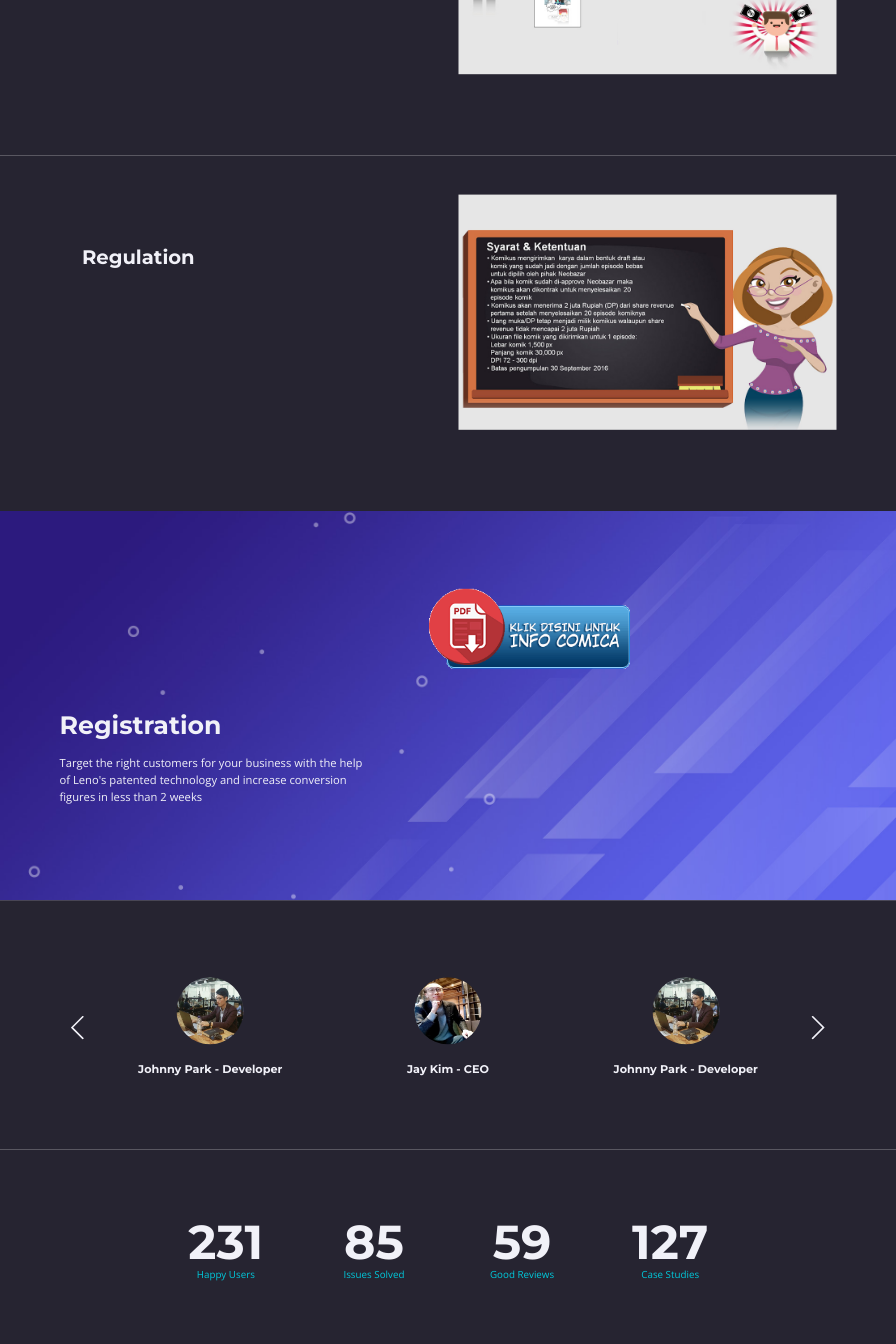
Repository: blackhat97/Homepage
Page: index.html
The author's editor kept a copy of each file at every save. The page is drawn from the files as they stood at one save, then again after the next save.
The browser window is 1280 px wide. The pictures show the part of the page from y = 2030 to 3950 px (the page is 4522 px tall), at 70% of full size.

Above is the page before, as saved 2020-04-03 12:33:23.

After the next save:
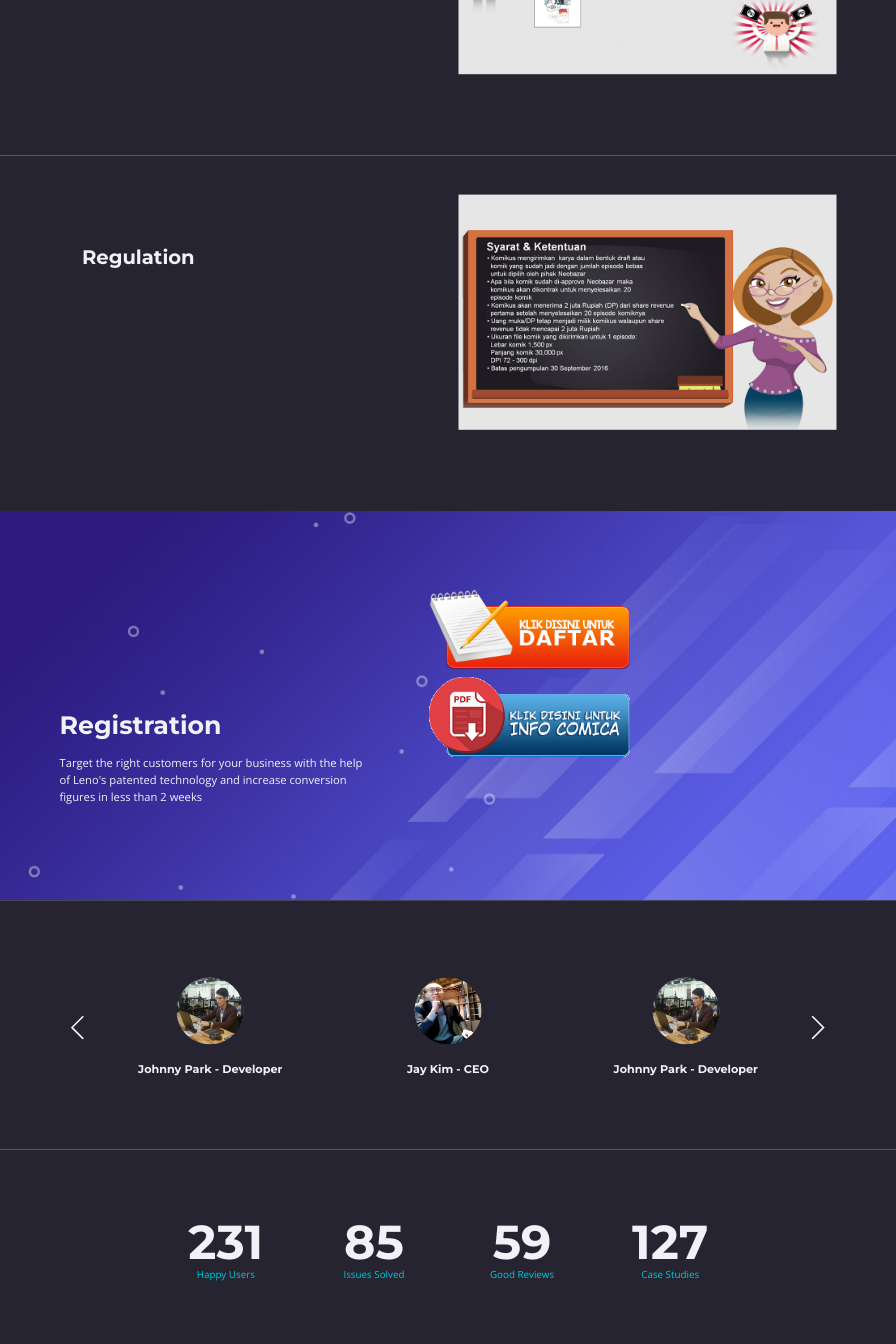
Saved 4 min 58 s later.
--- a/index.html
+++ b/index.html
@@ -266,7 +266,12 @@
                 </div> <!-- end of col -->
                 <div class="col-lg-6 col-xl-7">
                     <div class="image-container">
-                        <img class="img-fluid" src="images/Tombol_download-pdf.png" alt="alternative">
+                        <a href="https://goo.gl/Tu6C6y" target="_blank">
+                            <img src="images/daftar.png" alt="alternative">
+                        </a>
+                        <a href="images/Proposal_Comica.pdf" target="_blank">
+                            <img class="img-fluid" src="images/Tombol_download-pdf.png" alt="alternative">
+                        </a> <!-- end of img-container -->
                     </div> <!-- end of img-container -->
                 </div> <!-- end of col -->
             </div> <!-- end of row -->

After the save that followed:
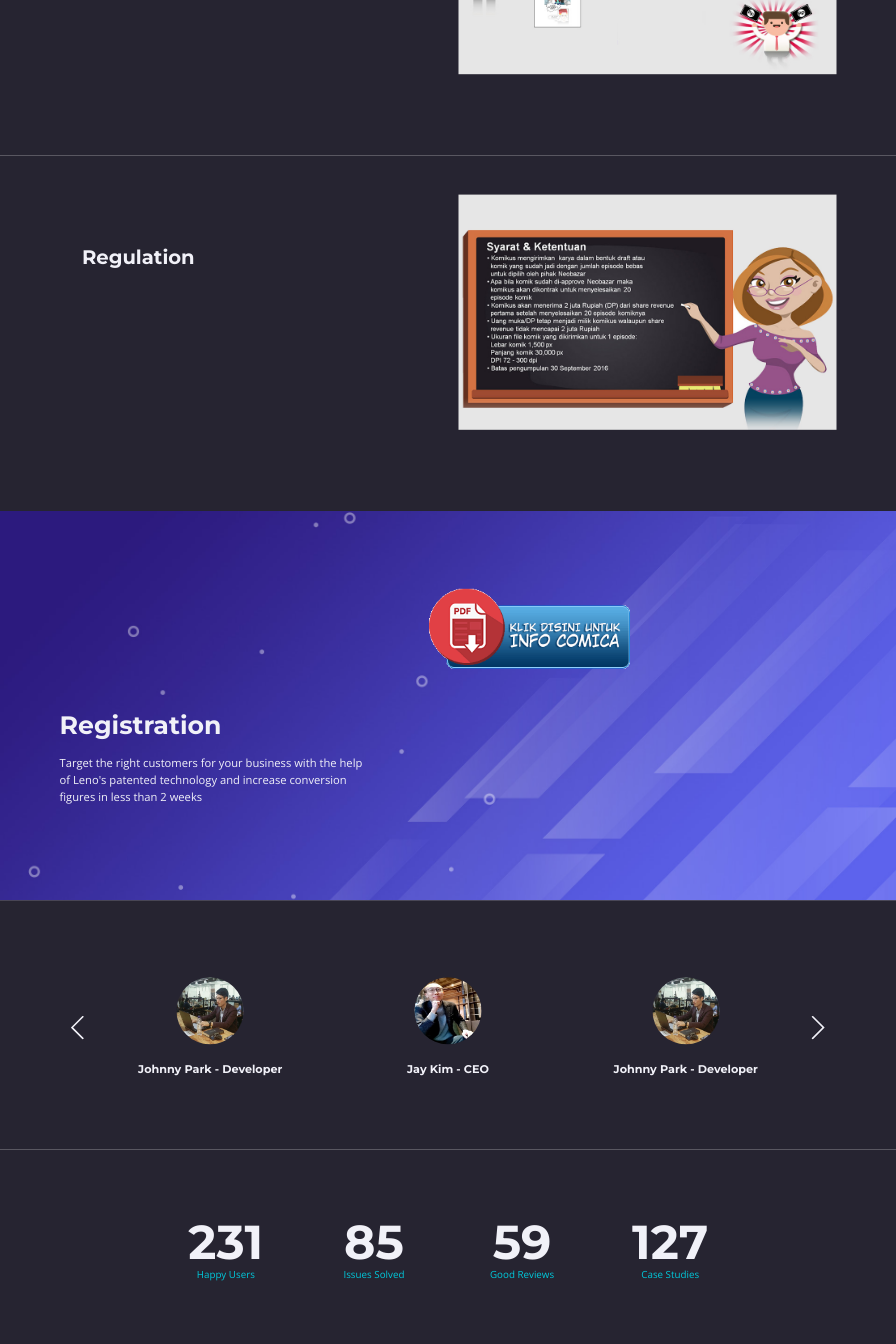
Saved 29 s later.
--- a/index.html
+++ b/index.html
@@ -266,12 +266,7 @@
                 </div> <!-- end of col -->
                 <div class="col-lg-6 col-xl-7">
                     <div class="image-container">
-                        <a href="https://goo.gl/Tu6C6y" target="_blank">
-                            <img src="images/daftar.png" alt="alternative">
-                        </a>
-                        <a href="images/Proposal_Comica.pdf" target="_blank">
-                            <img class="img-fluid" src="images/Tombol_download-pdf.png" alt="alternative">
-                        </a> <!-- end of img-container -->
+                        <img class="img-fluid" src="images/Tombol_download-pdf.png" alt="alternative">
                     </div> <!-- end of img-container -->
                 </div> <!-- end of col -->
             </div> <!-- end of row -->
